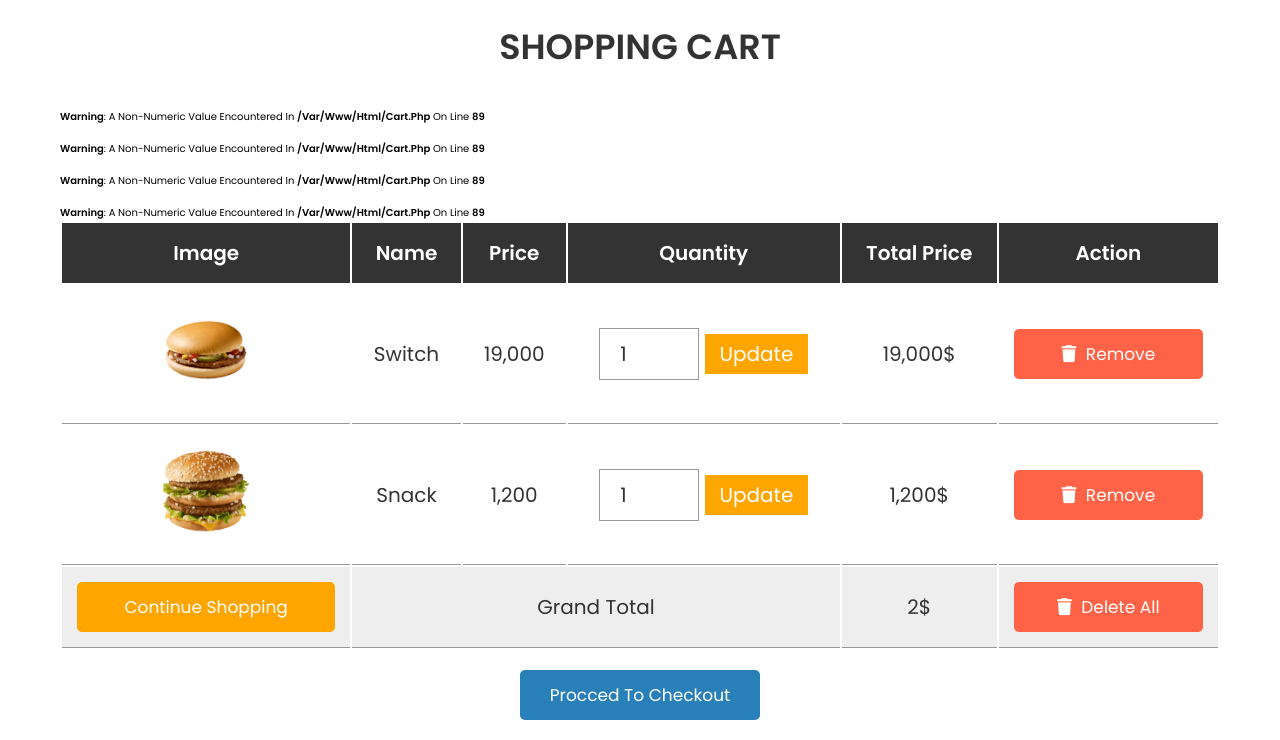
Repository: yennobita/FPT-PHP1
Page: http://localhost/cart.php
These files come from the project's save history. The page is drawn as it stood at one moment and after the next save; the edit follows.
The browser window is 1280 px wide. The pictures show the whole page.
The page is run by PHP 8.4 with error messages shown; the project is at /var/www/html/. The database holds what the project's SQL file puts in it.

Above is the page before, as saved 2022-08-04 01:29:52.
Console error: TypeError: Cannot set properties of null (setting 'onclick')

### ASM_PHP1/cart.php
<?php

@include 'config.php';

if(isset($_POST['update_update_btn'])){
   $update_value = $_POST['update_quantity'];
   $update_id = $_POST['update_quantity_id'];
   $update_quantity_query = mysqli_query($conn, "UPDATE `cart` SET quantity = '$update_value' WHERE id = '$update_id'");
   if($update_quantity_query){
      header('location:cart.php');
   };
};

if(isset($_GET['remove'])){
   $remove_id = $_GET['remove'];
   mysqli_query($conn, "DELETE FROM `cart` WHERE id = '$remove_id'");
   header('location:cart.php');
};

if(isset($_GET['delete_all'])){
   mysqli_query($conn, "DELETE FROM `cart`");
   header('location:cart.php');
}

?>

<!DOCTYPE html>
<html lang="en">
<head>
   <meta charset="UTF-8">
   <meta http-equiv="X-UA-Compatible" content="IE=edge">
   <meta name="viewport" content="width=device-width, initial-scale=1.0">
   <title>shopping cart</title>

   <!-- font awesome cdn link  -->
   <link rel="stylesheet" href="https://cdnjs.cloudflare.com/ajax/libs/font-awesome/6.0.0/css/all.min.css">

   <!-- custom css file link  -->
   <link rel="stylesheet" href="css/style1.css">

</head>
<body>


<div class="container">

<section class="shopping-cart">

   <h1 class="heading">shopping cart</h1>

   <table>

      <thead>
         <th>image</th>
         <th>name</th>
         <th>price</th>
         <th>quantity</th>
         <th>total price</th>
         <th>action</th>
      </thead>

      <tbody>

         <?php

         $select_cart = mysqli_query($conn, "SELECT * FROM `cart`");
         $grand_total = 0;
         if(mysqli_num_rows($select_cart) > 0){
            while($fetch_cart = mysqli_fetch_assoc($select_cart)){
         ?>

         <tr>
            <td><img src="uploaded_img/<?php echo $fetch_cart['image']; ?>" height="100" alt=""></td>
            <td><?php echo $fetch_cart['name']; ?></td>
            <td><?php echo number_format($fetch_cart['price']); ?></td>


            <td>
               <form action="" method="post">
                  <input type="hidden" name="update_quantity_id"  value="<?php echo $fetch_cart['id']; ?>" >
                  <input type="number" name="update_quantity" min="1"  value="<?php echo $fetch_cart['quantity']; ?>" >
                  <input type="submit" value="update" name="update_update_btn">
               </form>
            </td>
            <td><?php echo $sub_total = number_format($fetch_cart['price'] * $fetch_cart['quantity']); ?>$</td>
            <td><a href="cart.php?remove=<?php echo $fetch_cart['id']; ?>" onclick="return confirm('remove item from cart?')" class="delete-btn"> <i class="fas fa-trash"></i> remove</a></td>
         </tr>
         <?php
           $grand_total = $sub_total + $sub_total;
            };
         };
         ?>
         <tr class="table-bottom">
            <td><a href="index.php" class="option-btn" style="margin-top: 0;">continue shopping</a></td>
            <td colspan="3">grand total</td>
            <td><?php echo $grand_total; ?>$</td>
            <td><a href="cart.php?delete_all" onclick="return confirm('are you sure you want to delete all?');" class="delete-btn"> <i class="fas fa-trash"></i> delete all </a></td>
         </tr>

      </tbody>

   </table>

   <div class="checkout-btn">
      <a href="checkout.php" class="btn <?= ($grand_total > 1)?'':'disabled'; ?>">procced to checkout</a>
   </div>

</section>

</div>

<!-- custom js file link  -->
<script src="js/script.js"></script>

</body>
</html>

### ASM_PHP1/config.php
<?php

$conn = mysqli_connect('localhost', 'root', '', 'burger') or die('connection failed');;

?>

### ASM_PHP1/Css/style1.css
@import url("https://fonts.googleapis.com/css2?family=Poppins:wght@100;200;300;400;500;600&display=swap");

:root {
  --blue: #2980b9;
  --red: tomato;
  --orange: orange;
  --black: #333;
  --white: #fff;
  --bg-color: #eee;
  --dark-bg: rgba(0, 0, 0, 0.7);
  --box-shadow: 0 0.5rem 1rem rgba(0, 0, 0, 0.1);
  --border: 0.1rem solid #999;
}

* {
  font-family: "Poppins", sans-serif;
  margin: 0;
  padding: 0;
  box-sizing: border-box;
  outline: none;
  border: none;
  text-decoration: none;
  text-transform: capitalize;
}

html {
  font-size: 62.5%;
  overflow-x: hidden;
}

.container {
  max-width: 1200px;
  margin: 0 auto;
  /* padding-bottom: 5rem; */
}

section {
  padding: 2rem;
}

.heading {
  text-align: center;
  font-size: 3.5rem;
  text-transform: uppercase;
  color: var(--black);
  margin-bottom: 2rem;
}

.btn,
.option-btn,
.delete-btn {
  display: block;
  width: 100%;
  text-align: center;
  background-color: var(--blue);
  color: var(--white);
  font-size: 1.7rem;
  padding: 1.2rem 3rem;
  border-radius: 0.5rem;
  cursor: pointer;
  margin-top: 1rem;
}

.btn:hover,
.option-btn:hover,
.delete-btn:hover {
  background-color: var(--black);
}

.option-btn i,
.delete-btn i {
  padding-right: 0.5rem;
}

.option-btn {
  background-color: var(--orange);
}

.delete-btn {
  margin-top: 0;
  background-color: var(--red);
}

.message {
  background-color: var(--blue);
  position: sticky;
  top: 0;
  left: 0;
  z-index: 10000;
  border-radius: 0.5rem;
  background-color: var(--white);
  padding: 1.5rem 2rem;
  margin: 0 auto;
  max-width: 1200px;
  display: flex;
  align-items: center;
  justify-content: space-between;
  gap: 1.5rem;
}

.message span {
  font-size: 2rem;
  color: var(--black);
}

.message i {
  font-size: 2.5rem;
  color: var(--black);
  cursor: pointer;
}

.message i:hover {
  color: var(--red);
}

.header {
  background-color: var(--blue);
  position: sticky;
  top: 0;
  left: 0;
  z-index: 1000;
}

.header .flex {
  display: flex;
  align-items: center;
  padding: 1.5rem 2rem;
  max-width: 1200px;
  margin: 0 auto;
}

.header .flex .logo {
  margin-right: auto;
  font-size: 2.5rem;
  color: var(--white);
}

.header .flex .navbar a {
  margin-left: 2rem;
  font-size: 2rem;
  color: var(--white);
}

.header .flex .navbar a:hover {
  color: yellow;
}

.header .flex .cart {
  margin-left: 2rem;
  font-size: 2rem;
  color: var(--white);
}

.header .flex .cart:hover {
  color: yellow;
}

.header .flex .cart span {
  padding: 0.1rem 0.5rem;
  border-radius: 0.5rem;
  background-color: var(--white);
  color: var(--blue);
  font-size: 2rem;
}

#menu-btn {
  margin-left: 2rem;
  font-size: 3rem;
  cursor: pointer;
  color: var(--white);
  display: none;
}

.add-product-form {
  max-width: 50rem;
  background-color: var(--bg-color);
  border-radius: 0.5rem;
  padding: 2rem;
  margin: 0 auto;
  margin-top: 2rem;
}

.add-product-form h3 {
  font-size: 2.5rem;
  margin-bottom: 1rem;
  color: var(--black);
  text-transform: uppercase;
  text-align: center;
}

.add-product-form .box {
  text-transform: none;
  padding: 1.2rem 1.4rem;
  font-size: 1.7rem;
  color: var(--black);
  border-radius: 0.5rem;
  background-color: var(--white);
  margin: 1rem 0;
  width: 100%;
}

.display-product-table table {
  width: 100%;
  text-align: center;
}

.display-product-table table thead th {
  padding: 1.5rem;
  font-size: 2rem;
  background-color: var(--black);
  color: var(--white);
}

.display-product-table table td {
  padding: 1.5rem;
  font-size: 2rem;
  color: var(--black);
}

.display-product-table table td:first-child {
  padding: 0;
}

.display-product-table table tr:nth-child(even) {
  background-color: var(--bg-color);
}

.display-product-table .empty {
  margin-bottom: 2rem;
  text-align: center;
  background-color: var(--bg-color);
  color: var(--black);
  font-size: 2rem;
  padding: 1.5rem;
}

.edit-form-container {
  position: fixed;
  top: 0;
  left: 0;
  z-index: 1100;
  background-color: var(--dark-bg);
  padding: 2rem;
  display: none;
  align-items: center;
  justify-content: center;
  min-height: 100vh;
  width: 100%;
}

.edit-form-container form {
  width: 50rem;
  border-radius: 0.5rem;
  background-color: var(--white);
  text-align: center;
  padding: 2rem;
}

.edit-form-container form .box {
  width: 100%;
  background-color: var(--bg-color);
  border-radius: 0.5rem;
  margin: 1rem 0;
  font-size: 1.7rem;
  color: var(--black);
  padding: 1.2rem 1.4rem;
  text-transform: none;
}

.products .box-container {
  display: grid;
  grid-template-columns: repeat(auto-fit, 35rem);
  gap: 1.5rem;
  justify-content: center;
}

.products .box-container .box {
  text-align: center;
  padding: 2rem;
  box-shadow: var(--box-shadow);
  border: var(--border);
  border-radius: 0.5rem;
}

.products .box-container .box img {
  height: 25rem;
}

.products .box-container .box h3 {
  margin: 1rem 0;
  font-size: 2.5rem;
  color: var(--black);
}

.products .box-container .box .price {
  font-size: 2.5rem;
  color: var(--black);
}

.shopping-cart table {
  text-align: center;
  width: 100%;
}

.shopping-cart table thead th {
  padding: 1.5rem;
  font-size: 2rem;
  color: var(--white);
  background-color: var(--black);
}

.shopping-cart table tr td {
  border-bottom: var(--border);
  padding: 1.5rem;
  font-size: 2rem;
  color: var(--black);
}

.shopping-cart table input[type="number"] {
  border: var(--border);
  padding: 1rem 2rem;
  font-size: 2rem;
  color: var(--black);
  width: 10rem;
}

.shopping-cart table input[type="submit"] {
  padding: 0.5rem 1.5rem;
  cursor: pointer;
  font-size: 2rem;
  background-color: var(--orange);
  color: var(--white);
}

.shopping-cart table input[type="submit"]:hover {
  background-color: var(--black);
}

.shopping-cart table .table-bottom {
  background-color: var(--bg-color);
}

.shopping-cart .checkout-btn {
  text-align: center;
  margin-top: 1rem;
}

.shopping-cart .checkout-btn a {
  display: inline-block;
  width: auto;
}

.shopping-cart .checkout-btn a.disabled {
  pointer-events: none;
  opacity: 0.5;
  user-select: none;
  background-color: var(--red);
}

.checkout-form form {
  padding: 2rem;
  border-radius: 0.5rem;
  background-color: var(--bg-color);
}

.checkout-form form .flex {
  display: flex;
  flex-wrap: wrap;
  gap: 1.5rem;
}

.checkout-form form .flex .inputBox {
  flex: 1 1 40rem;
}

.checkout-form form .flex .inputBox span {
  font-size: 2rem;
  color: var(--black);
}

.checkout-form form .flex .inputBox input,
.checkout-form form .flex .inputBox select {
  width: 100%;
  background-color: var(--white);
  font-size: 1.7rem;
  color: var(--black);
  border-radius: 0.5rem;
  margin: 1rem 0;
  padding: 1.2rem 1.4rem;
  text-transform: none;
  border: var(--border);
}

.display-order {
  max-width: 50rem;
  background-color: var(--white);
  border-radius: 0.5rem;
  text-align: center;
  padding: 1.5rem;
  margin: 0 auto;
  margin-bottom: 2rem;
  box-shadow: var(--box-shadow);
  border: var(--border);
}

.display-order span {
  display: inline-block;
  border-radius: 0.5rem;
  background-color: var(--bg-color);
  padding: 0.5rem 1.5rem;
  font-size: 2rem;
  color: var(--black);
  margin: 0.5rem;
}

.display-order span.grand-total {
  width: 100%;
  background-color: var(--red);
  color: var(--white);
  padding: 1rem;
  margin-top: 1rem;
}

.order-message-container {
  position: fixed;
  top: 0;
  left: 0;
  height: 100vh;
  overflow-y: scroll;
  overflow-x: hidden;
  padding: 2rem;
  display: flex;
  align-items: center;
  justify-content: center;
  z-index: 1100;
  background-color: var(--dark-bg);
  width: 100%;
}

.order-message-container::-webkit-scrollbar {
  width: 1rem;
}

.order-message-container::-webkit-scrollbar-track {
  background-color: var(--dark-bg);
}

.order-message-container::-webkit-scrollbar-thumb {
  background-color: var(--blue);
}

.order-message-container .message-container {
  width: 50rem;
  background-color: var(--white);
  border-radius: 0.5rem;
  padding: 2rem;
  text-align: center;
}

.order-message-container .message-container h3 {
  font-size: 2.5rem;
  color: var(--black);
}

.order-message-container .message-container .order-detail {
  background-color: var(--bg-color);
  border-radius: 0.5rem;
  padding: 1rem;
  margin: 1rem 0;
}

.order-message-container .message-container .order-detail span {
  background-color: var(--white);
  border-radius: 0.5rem;
  color: var(--black);
  font-size: 2rem;
  display: inline-block;
  padding: 1rem 1.5rem;
  margin: 1rem;
}

.order-message-container .message-container .order-detail span.total {
  display: block;
  background: var(--red);
  color: var(--white);
}

.order-message-container .message-container .customer-details {
  margin: 1.5rem 0;
}

.order-message-container .message-container .customer-details p {
  padding: 1rem 0;
  font-size: 2rem;
  color: var(--black);
}

.order-message-container .message-container .customer-details p span {
  color: var(--blue);
  padding: 0 0.5rem;
  text-transform: none;
}

/* media queries  */

@media (max-width: 1200px) {
  .shopping-cart {
    overflow-x: scroll;
  }

  .shopping-cart table {
    width: 120rem;
  }

  .shopping-cart .heading {
    text-align: left;
  }

  .shopping-cart .checkout-btn {
    text-align: left;
  }
}

@media (max-width: 991px) {
  html {
    font-size: 55%;
  }
}

@media (max-width: 768px) {
  #menu-btn {
    display: inline-block;
    transition: 0.2s linear;
  }

  #menu-btn.fa-times {
    transform: rotate(180deg);
  }

  .header .flex .navbar {
    position: absolute;
    top: 99%;
    left: 0;
    right: 0;
    background-color: var(--blue);
    clip-path: polygon(0 0, 100% 0, 100% 0, 0 0);
    transition: 0.2s linear;
  }

  .header .flex .navbar.active {
    clip-path: polygon(0 0, 100% 0, 100% 100%, 0% 100%);
  }

  .header .flex .navbar a {
    margin: 2rem;
    display: block;
    text-align: center;
    font-size: 2.5rem;
  }

  .display-product-table {
    overflow-x: scroll;
  }

  .display-product-table table {
    width: 90rem;
  }
}

@media (max-width: 450px) {
  html {
    font-size: 50%;
  }

  .heading {
    font-size: 3rem;
  }

  .products .box-container {
    grid-template-columns: 1fr;
  }
}

### ASM_PHP1/Js/script.js
let menu = document.querySelector("#menu-btn");
let navbar = document.querySelector(".header .navbar");

menu.onclick = () => {
  menu.classList.toggle("fa-times");
  navbar.classList.toggle("active");
};

window.onscroll = () => {
  menu.classList.remove("fa-times");
  navbar.classList.remove("active");
};

document.querySelector("#close-edit").onclick = () => {
  document.querySelector(".edit-form-container").style.display = "none";
  window.location.href = "admin.php";
};

### ASM_PHP1/burger.sql (the tables this page reads)
CREATE TABLE `cart` (
  `id` int(11) NOT NULL,
  `name` varchar(255) NOT NULL,
  `price` decimal(20,0) NOT NULL,
  `image` varchar(255) NOT NULL,
  `quantity` int(255) NOT NULL
) ENGINE=InnoDB DEFAULT CHARSET=utf8mb4;

INSERT INTO `cart` (`id`, `name`, `price`, `image`, `quantity`) VALUES
(9, 'switch', '19000', 'product-6.png', 1),
(10, 'snack', '1200', 'product-4.png', 1);

ALTER TABLE `cart`
  ADD PRIMARY KEY (`id`);

ALTER TABLE `cart`
  MODIFY `id` int(11) NOT NULL AUTO_INCREMENT, AUTO_INCREMENT=11;

After the next save:
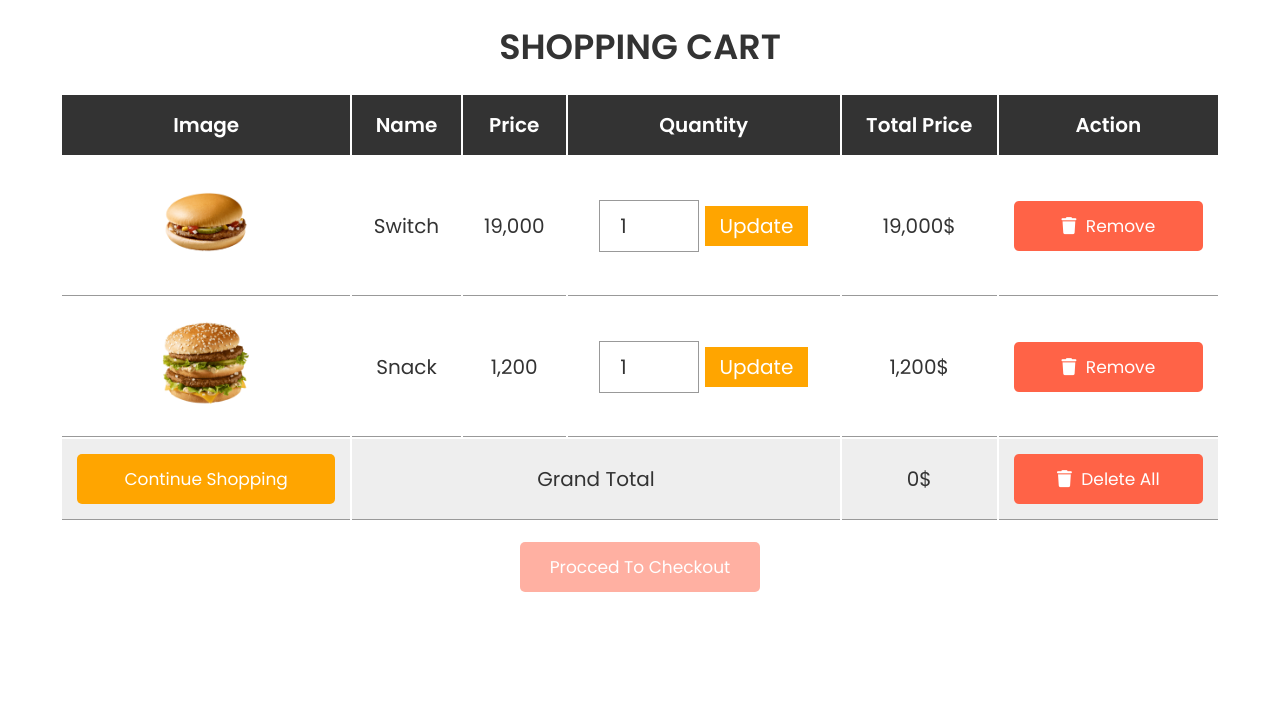
Saved 35 s later.
--- a/ASM_PHP1/cart.php
+++ b/ASM_PHP1/cart.php
@@ -86,7 +86,7 @@ if(isset($_GET['delete_all'])){
             <td><a href="cart.php?remove=<?php echo $fetch_cart['id']; ?>" onclick="return confirm('remove item from cart?')" class="delete-btn"> <i class="fas fa-trash"></i> remove</a></td>
          </tr>
          <?php
-           $grand_total = $sub_total + $sub_total;
+         //   $grand_total = $sub_total + $sub_total;
             };
          };
          ?>
